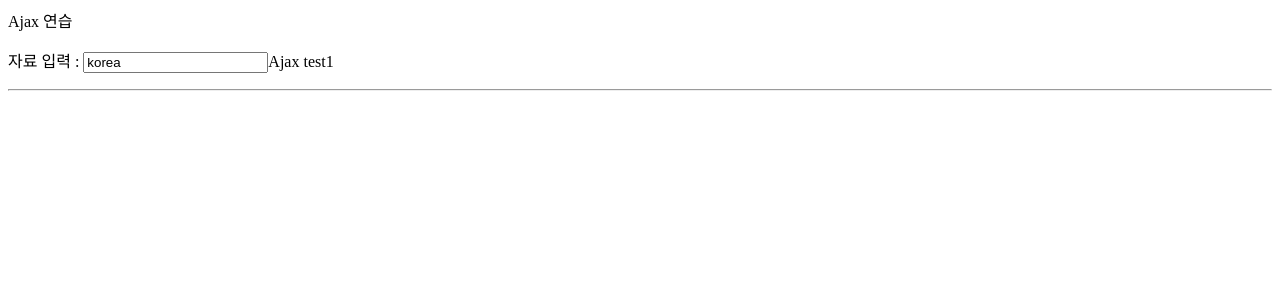
Repository: Jong-hp/Python
Page: django10_ajax/myapp/templates/abc.html
The author's editor kept a copy of each file at every save. The page is drawn from the files as they stood at one save, then again after the next save.
The browser window is 1280 px wide. The pictures show the whole page.

Above is the page before, as saved 2022-10-20 01:44:22.
Console error (its wording comes from the project's code and is left out).

### django10_ajax/myapp/templates/abc.html
<!DOCTYPE html>
<html>
<head>
<meta charset="UTF-8">
<title>Insert title here</title>
<script type="text/javascript">
window.onload = function(){
	document.querySelector()
}
</script>
</head>
<body>
Ajax 연습<p/>
자료 입력 : <input type="text" id="txtMsg" value="korea"
<button id="btn1">Ajax test1</button>
<br>
<div id="showData1"></div>
<hr>

</body>
</html>

After the next save:
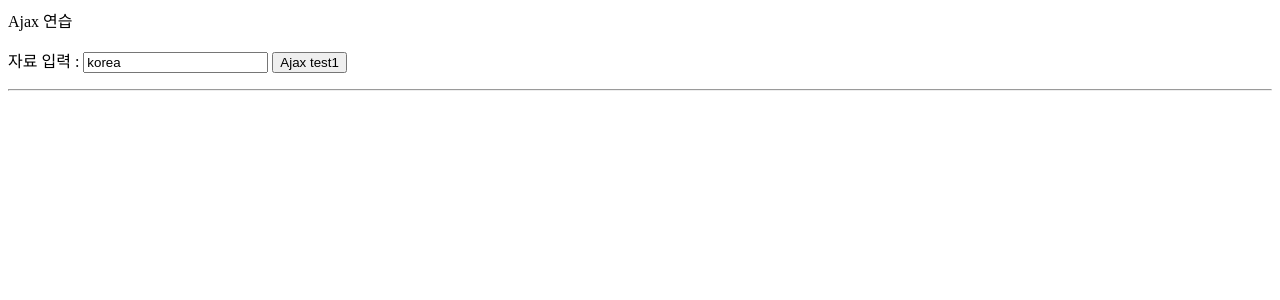
Saved 5 s later.
--- a/django10_ajax/myapp/templates/abc.html
+++ b/django10_ajax/myapp/templates/abc.html
@@ -11,7 +11,7 @@ window.onload = function(){
 </head>
 <body>
 Ajax 연습<p/>
-자료 입력 : <input type="text" id="txtMsg" value="korea"
+자료 입력 : <input type="text" id="txtMsg" value="korea">
 <button id="btn1">Ajax test1</button>
 <br>
 <div id="showData1"></div>
